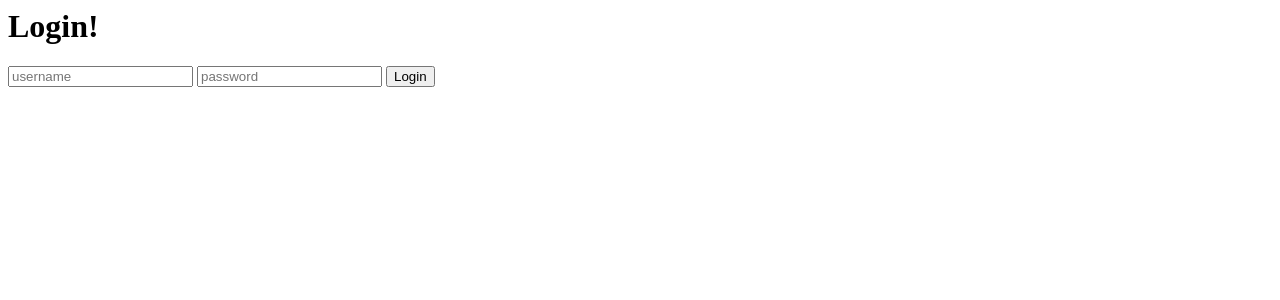
Repository: ZhenyuanBo/Web-Development-Boot-Camp
Page: http://localhost/login
The author's editor kept a record of every edit. The page is drawn from the files as they stood at one moment, then again after a run of edits.
The browser window is 1280 px wide. The pictures show the whole page.
The page is served by the project's Node server (YelpCamp/v6/app.js). Other server files are loaded and not shown.

Above is the page before.

### workspace/YelpCamp/v6/views/login.ejs
<h1>Login!</h1>
<form>
    <input type="text" name="username" placeholder="username">
    <input type="password" name="password" placeholder="password">
    <input type="submit" value="Login">
</form>

### workspace/YelpCamp/v6/app.js
var express = require('express'),
    app = express(),
    bodyParser = require("body-parser"),
    mongoose = require("mongoose"),
    Campground = require("./models/campground"),
    Comment = require("./models/comment"),
    seedDB = require("./seeds"),
    passport = require("passport"),
    LocalStrategy = require("passport-local"),
    User = require("./models/user");

seedDB();

mongoose.connect("mongodb://localhost/yelp_camp_v6");
app.use(bodyParser.urlencoded({extended: true}));
app.set("view engine", "ejs");
app.use(express.static(__dirname + "/public"));


// PASSPORT CONFIGURATION
app.use(require("express-session")({
    secret: "Once again Rusty wins cutest dog",
    resave: false,
    saveUninitialized: false
}));

app.use(passport.initialize());
app.use(passport.session());
passport.use(new LocalStrategy(User.authenticate()));
passport.serializeUser(User.serializeUser());
passport.deserializeUser(User.deserializeUser());


app.get("/", function(req, res){
    res.render("landing");
});

app.get("/campgrounds", function(req, res){
    // Get all campgrounds from DB
    Campground.find({},function(err, allcampgrounds){
        if(err){
            console.log(err);
        }else{
            res.render("campgrounds/index", {campgrounds: allcampgrounds});
        }
    });
});

app.post("/campgrounds", function(req, res){
    //get data from form and add to the campground array
    //redirect back to campgrounds page
    var name = req.body.name;
    var image = req.body.image;
    var desc = req.body.description;
    var newCampgrounds = {name: name, image: image, description: desc};
    // Create a new campground and save it to database
    Campground.create(newCampgrounds, function(err, newcampground){
        if(err){
            console.log(err);
        }else{
          res.redirect("/campgrounds");
        }
    });
    // campgrounds.push(newCampgrounds);
});

//new form to create new campgrounds
app.get("/campgrounds/new", function(req,res){
    res.render("campgrounds/new");
});

// SHOW - shows more info about one campground
app.get("/campgrounds/:id", function(req, res){
    //find the campground with provided ID
    Campground.findById(req.params.id).populate("comments").exec(function(err, foundCampground){
        if(err){
            console.log(err);
        }else{
            console.log(foundCampground);
            res.render("campgrounds/show", {campground: foundCampground});
        }
    });
    //res.send("THIS WILL BE THE SHOW PAGE ONE DAY!");
});

// =====================
// COMMENTS ROUTES
// =====================
app.get("/campgrounds/:id/comments/new", function(req, res){
    //find campground by id
    Campground.findById(req.params.id, function(err, campground){
        if(err) console.log(err);
        else{
            res.render("comments/new", {campground: campground});
        }
    });
});

app.post("/campgrounds/:id/comments", function(req,res){
    //look up campground using id
    Campground.findById(req.params.id, function(err, campground){
        if(err){
           console.log(err);
           res.redirect("/campgrounds");
       }else{
        Comment.create(req.body.comment, function(err, comment){
           if(err){
               console.log(err);
           } else {
               campground.comments.push(comment);
               campground.save();
               res.redirect('/campgrounds/' + campground._id);
           }
        });
       }
    });
});

// =============
// AUTH ROUTES
// =============

app.get("/register", function(req, res){
    res.render("register");
});

//handle sign up logic
app.post("/register", function(req, res){
    var newUser = new User({username: req.body.username});
    User.register(newUser, req.body.password, function(err, user){
        if(err){
            console.log(err);
            return res.render("register");
        }
        passport.authenticate("local")(req, res, function(){
            res.redirect("/campgrounds");
        });
    });
});

//show login form
app.get("/login", function(req, res){
    res.render("login");
});

//handling login logic app.post("/login", middleware, callback)
//this authenticate method is set up in User.authenticate()
app.post("/login", passport.authenticate("local",
    {
        successRedirect:"/campgrounds",
        failureRedirect:"/login"
    }),function(req, res){
});

//log out route
app.get("/logout", function(req, res){
    req.logout();
    res.redirect("/campgrounds");
});

app.listen(process.env.PORT, process.env.IP, function(){
    console.log("YelpCamp Has Started!");
});

### workspace/YelpCamp/v6/views/partials/header.ejs
<!DOCTYPE html>
<html>
    <head>
        <title>YelpCamp</title>
        <link rel="stylesheet" href="https://maxcdn.bootstrapcdn.com/bootstrap/3.3.7/css/bootstrap.min.css">
        <link rel="stylesheet" href="/stylesheets/main.css">
    </head>
    <body>
        <nav class="navbar navbar-default">
            <div class="container-fluid">
                <div class="navbar-header">
                    <a class="navbar-brand" href="/">YelpCamp</a>
                </div>
                <div class="collapse navbar-collapse">
                    <ul class="nav navbar-nav navbar-right">
                        <li><a href="/login">Login</a></li>
                        <li><a href="/register">Sign Up</a></li>
                        <li><a href="/logout">Logout</a></li>
                    </ul>
                </div>
            </div>
        </nav>

### workspace/YelpCamp/v6/public/stylesheets/main.css
.thumbnail img{
    width: 100%;
}

.thumbnail{
    padding: 0;
}

.thumbnail .caption-full{
    padding: 9px;
}

Loaded but not shown: workspace/YelpCamp/v6/views/partials/footer.ejs (common file)

After the next 4 edits:
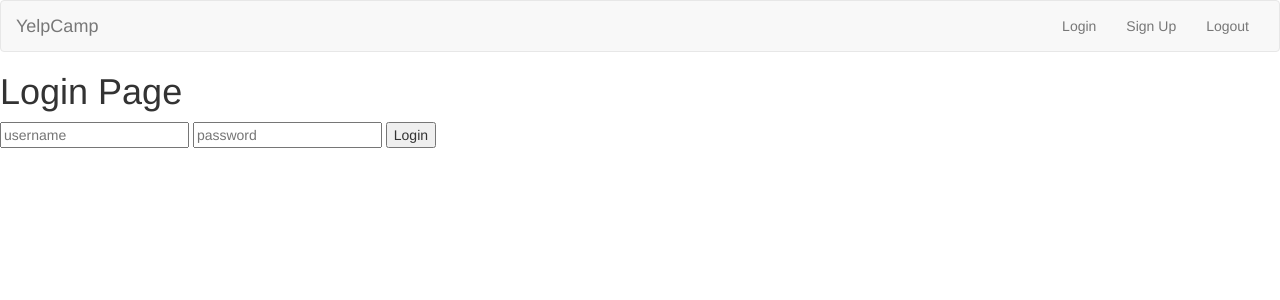
The 4 edits are shown as one change because 3 did not build or start.
The edit:
--- a/workspace/YelpCamp/v6/views/login.ejs
+++ b/workspace/YelpCamp/v6/views/login.ejs
@@ -1,6 +1,8 @@
-<h1>Login!</h1>
-<form>
+<% include ./partials/header %>
+<h1>Login Page</h1>
+<form action="/login" method="POST">
     <input type="text" name="username" placeholder="username">
     <input type="password" name="password" placeholder="password">
     <input type="submit" value="Login">
 </form>
+<% include ./partials/footer %>
